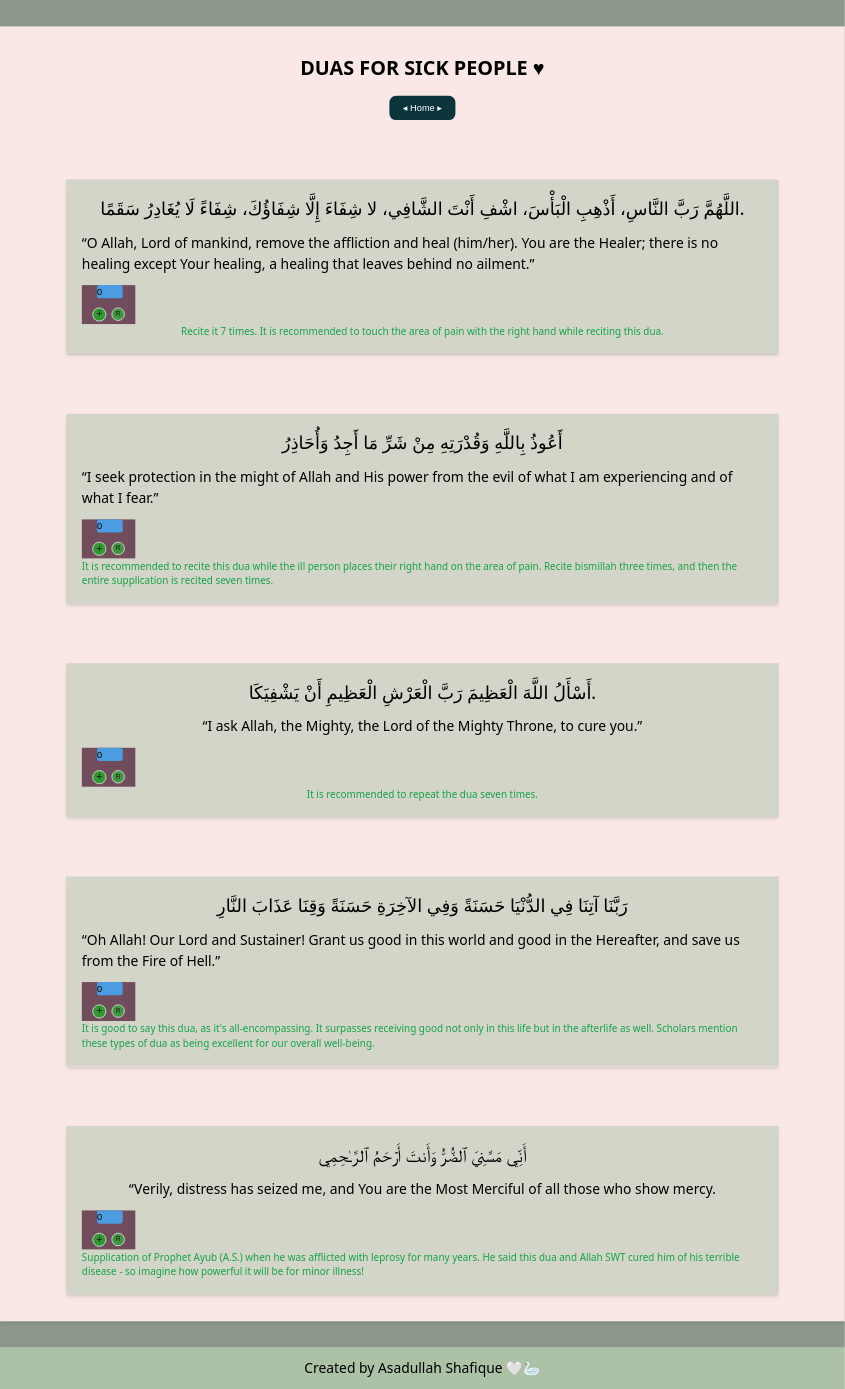
Repository: asadullah48/Duas_Diary
Page: /sick
These files come from the project's save history. The page is drawn as it stood at one moment and after the next save; the edit follows.
The browser window is 1280 px wide. The pictures show the whole page, at 66% of full size.
The project was rebuilt for these pictures with package versions that can differ from the ones it lists, and the page was loaded fresh each time. The framework's server and built-in components were replaced by stand-ins that run in the browser. Also part of the build but not shown: next.config.ts.

Above is the page before, as saved 2024-11-30 10:24:01.

After the next save:
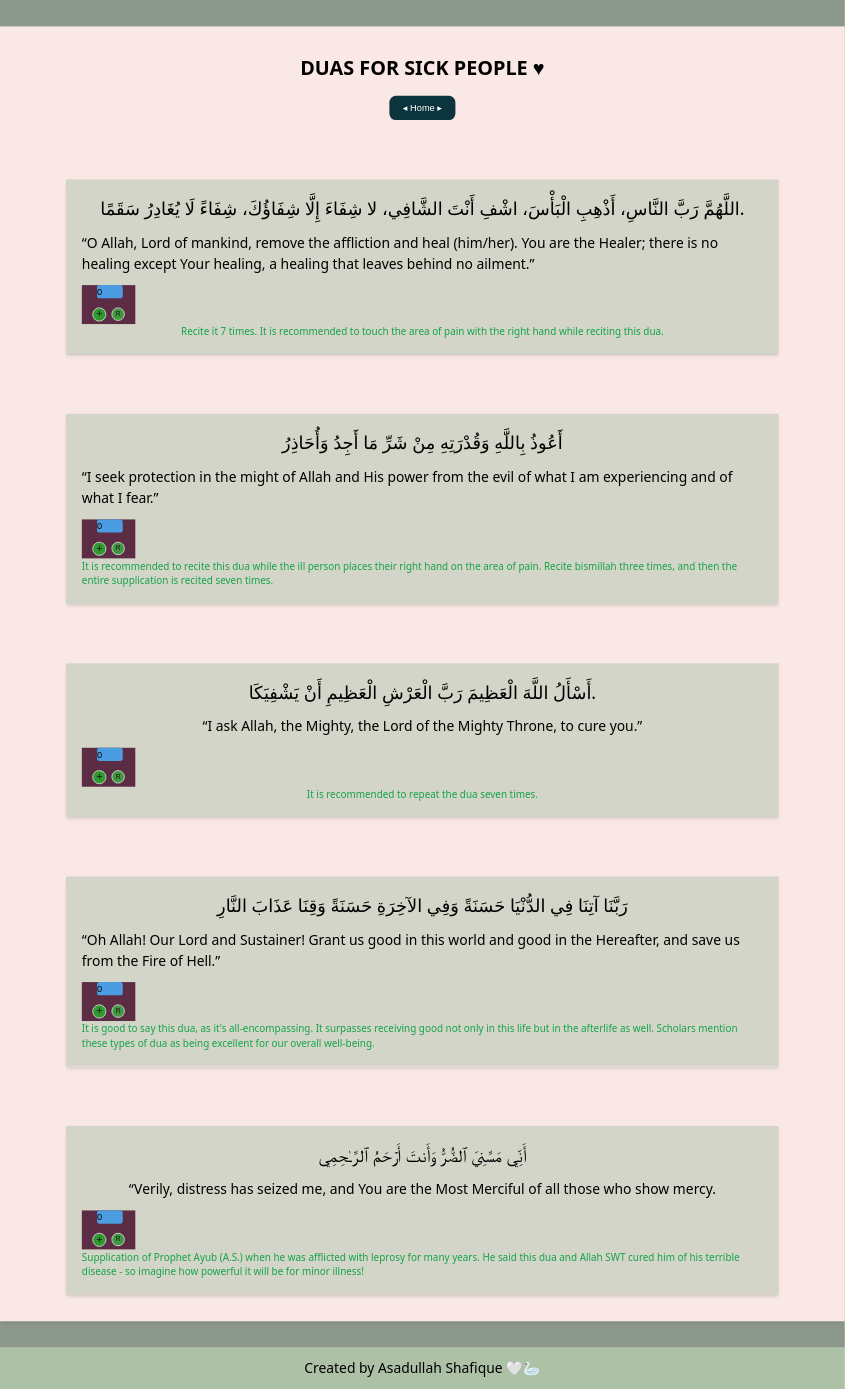
Saved 7 s later.
--- a/src/components/button.tsx
+++ b/src/components/button.tsx
@@ -16,7 +16,7 @@ export default function Button() {
   };
 
   return (
-    <div className="bg-[#410727a8] w-[81px] h-[59px] flex flex-col items-center justify-between">
+    <div className="bg-[#410727d0] w-[81px] h-[59px] flex flex-col items-center justify-between">
       <p className="text-black w-[39px] flex text-sm bg-[#4c9ce2] rounded ml-1">
         {count}
       </p>
